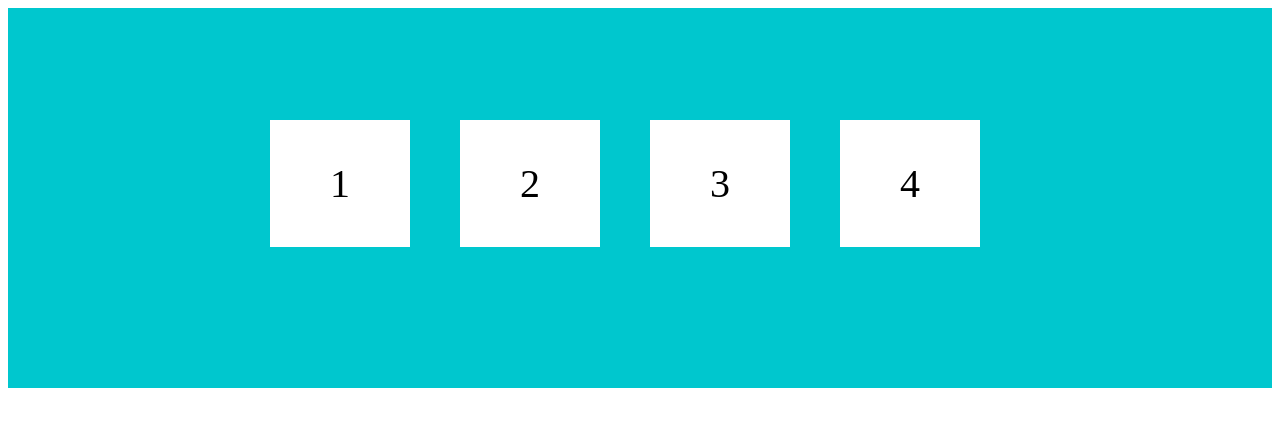
Repository: kiruha313/DWC
Page: flex/flex.html
The author's editor kept a record of every edit. The page is drawn from the files as they stood at one moment, then again after the next edit.
The browser window is 1280 px wide. The pictures show the whole page.

Above is the page before.

After the next edit:
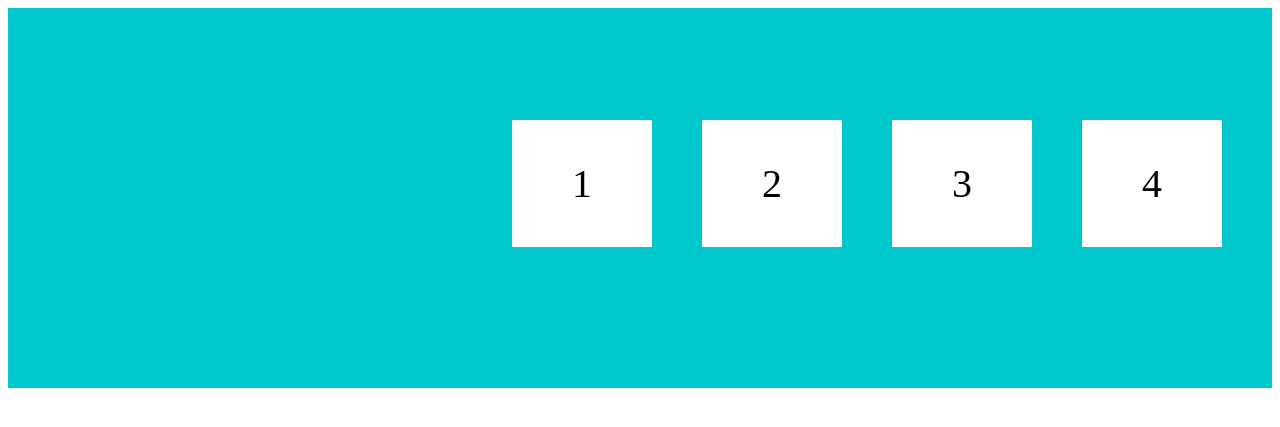
The edit:
--- a/flex/style.css
+++ b/flex/style.css
@@ -3,7 +3,7 @@
   height: 50vh;
   padding: 10px;
   display: flex;
-  justify-content: center;
+  justify-content: flex-end;
   align-items: center;
 
 }
